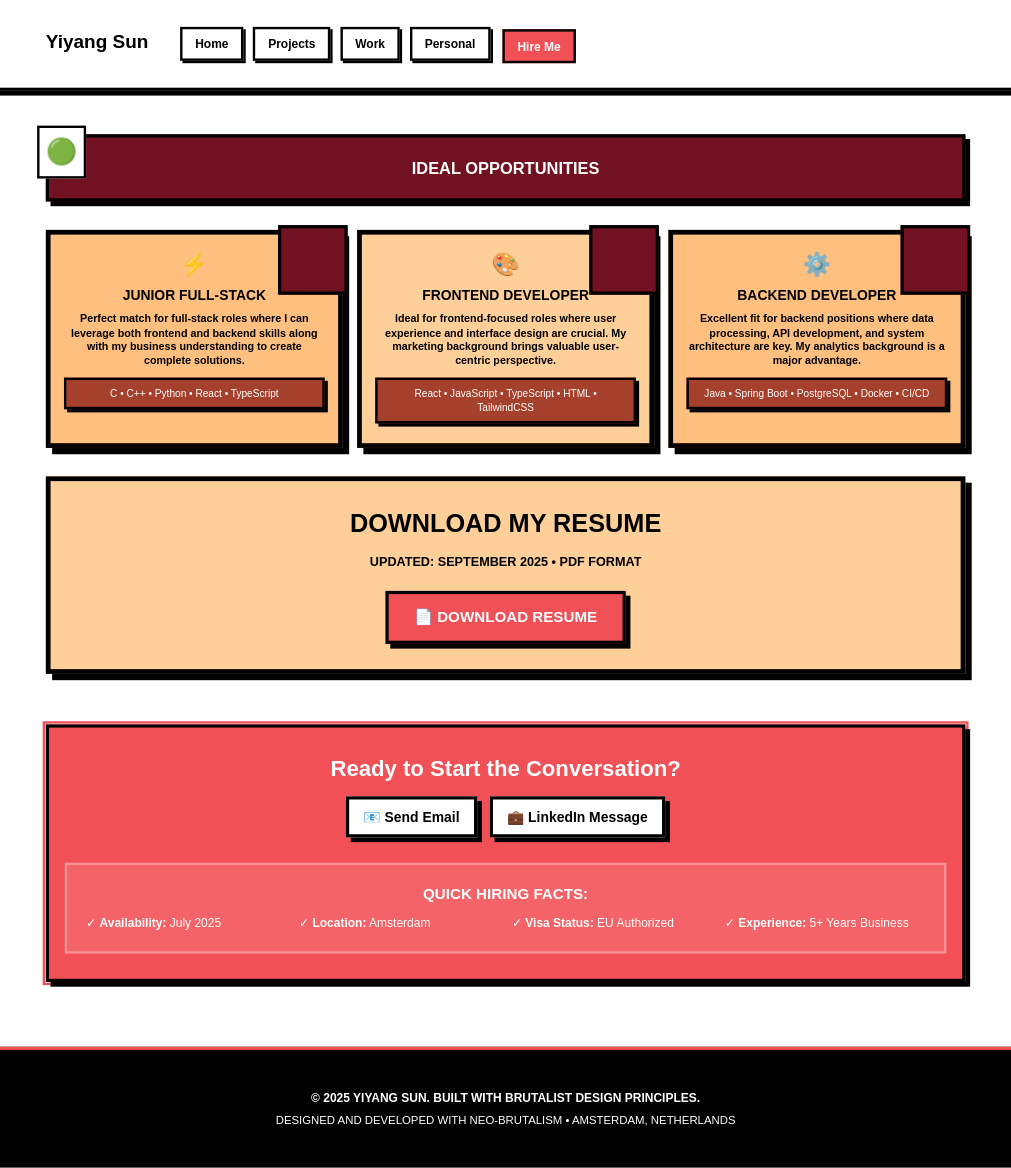
Repository: miloyiyangsun/yiyangsun.github.io
Page: .superdesign/design_iterations/yiyang_hireme_v2.html
The author's editor kept a copy of each file at every save. The page is drawn from the files as they stood at one save, then again after the next save.
The browser window is 1280 px wide. The pictures show the whole page, at 79% of full size.

Above is the page before, as saved 2025-09-03 17:44:48.

After the next save:
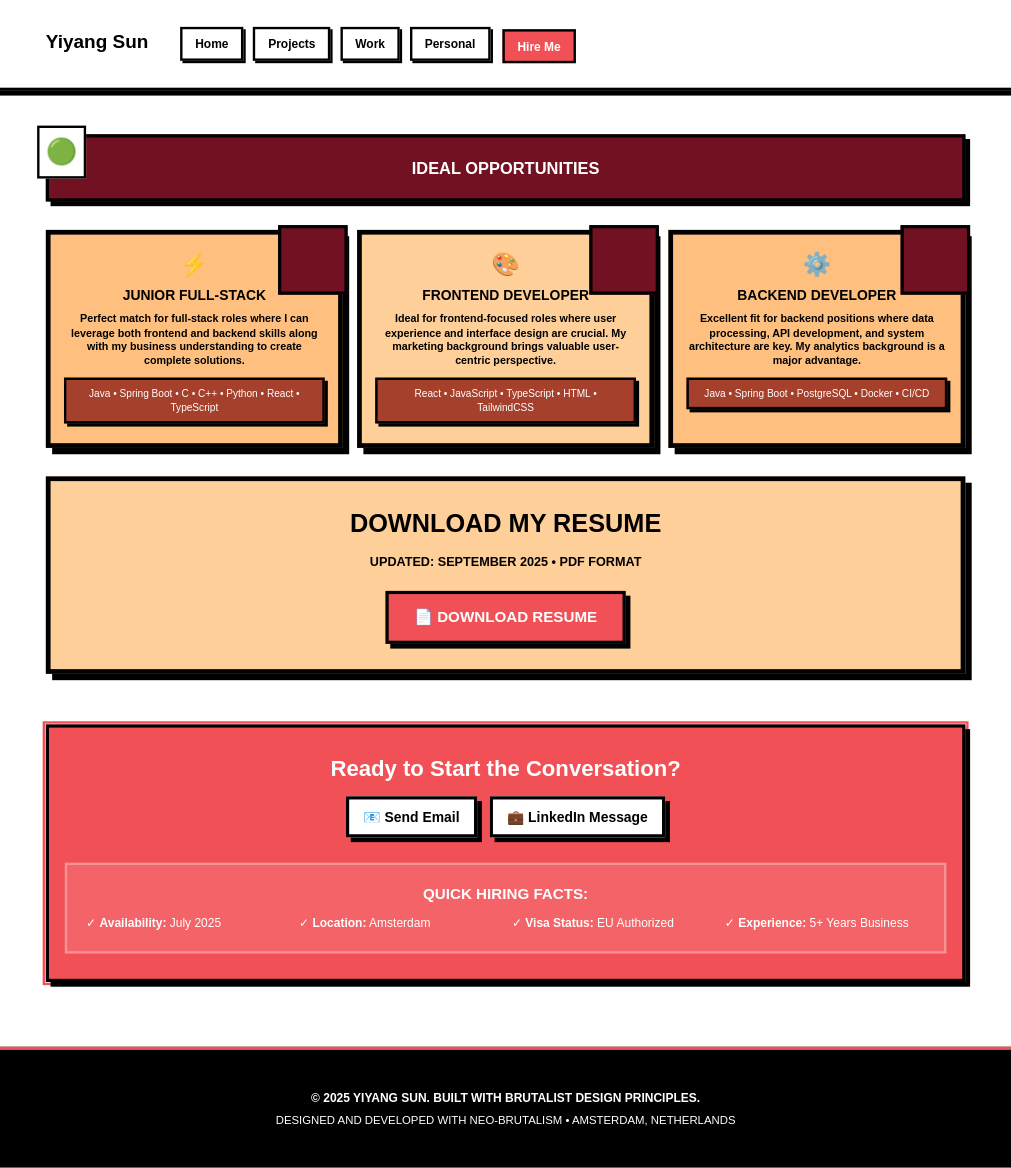
Saved 32 s later.
--- a/.superdesign/design_iterations/yiyang_hireme_v2.html
+++ b/.superdesign/design_iterations/yiyang_hireme_v2.html
@@ -408,7 +408,7 @@ Email Me Today
                         along with my business understanding to create complete solutions.
                     </div>
                     <div class="skills-match">
-                        C • C++ • Python • React • TypeScript
+                        Java • Spring Boot • C • C++ • Python • React • TypeScript
                     </div>
                 </div>
 
